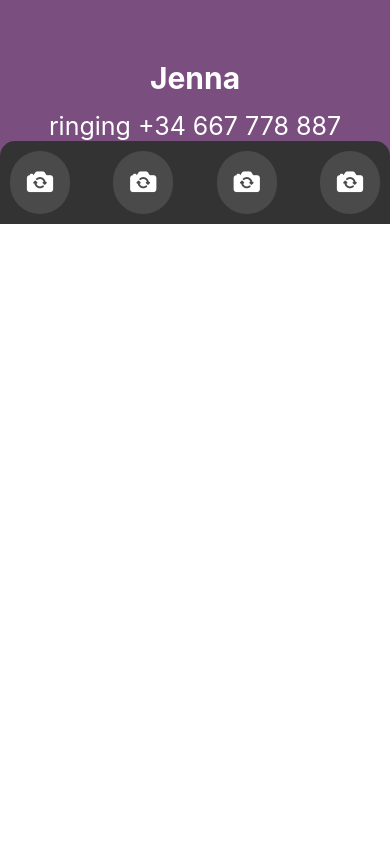
Repository: JennaFi/VideoCallApp
Screen: /
The author's editor kept a copy of each file at every save. The screen is drawn from the files as they stood at one save, then again after the next save.
The app was drawn by React Native's web renderer in a window 390 px wide. The project was rebuilt for these pictures with package versions that can differ from the ones it lists, and the page was loaded fresh each time.

Above is the screen before, as saved 2022-01-12 00:16:06.

After the next save:
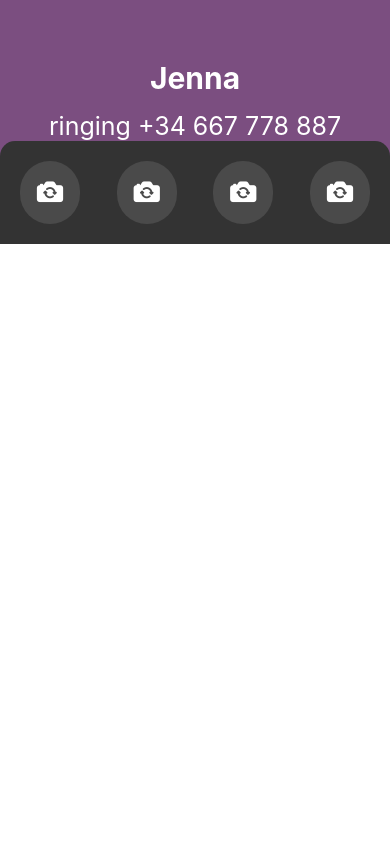
Saved 12 s later.
--- a/src/screens/CallingScreen/index.js
+++ b/src/screens/CallingScreen/index.js
@@ -66,7 +66,7 @@ const styles = StyleSheet.create({
   buttonsContainer: {
     flexDirection: 'row',
     backgroundColor: '#333333',
-    padding: 10,
+    padding: 20,
     borderTopLeftRadius: 15,
     borderTopRightRadius: 15,
     justifyContent: 'space-between'
